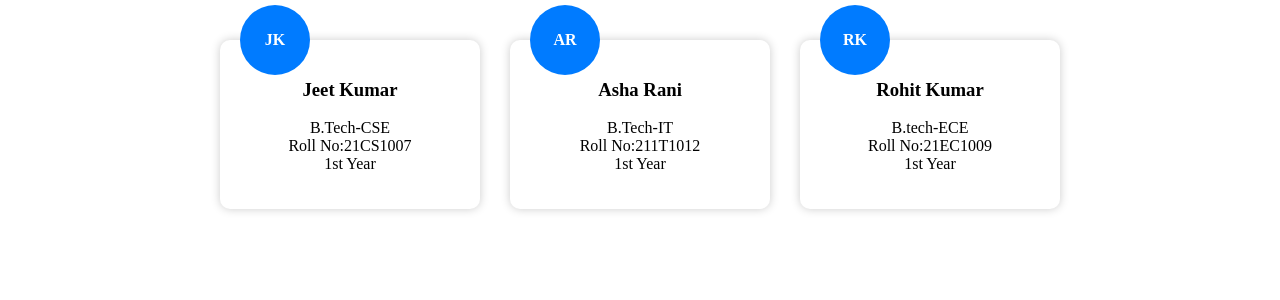
Repository: Glory998/ELCE1-32
Page: experiment8.html
The author's editor kept a copy of each file at every save. The page is drawn from the files as they stood at one save, then again after the next save.
The browser window is 1280 px wide. The pictures show the whole page.

Above is the page before, as saved 2025-12-06 11:06:26.

### experiment8.html
<!DOCTYPE html>
<html>
    <head>
        <style>
            .container{
                display:flex;
                justify-content:center;
                gap:30px;
                margin-top:40px;
            }
            .card{
                width:220px;
                padding:20px;
                text-align:center;
                background:#fff;
                border-radius:10px;
                box-shadow:0 0 10px #ccc;
                position:relative;
            }
            .circle{
                width:70px;
                height:70px;
                border-radius:50%;
                background:#007bff;
                color:white;
                display:flex;
                justify-content:center;
                align-items:center;
                font-weight:bold;
                position:absolute;
                top:-35px;
                left:50%
                transform:translateX(-50%);
            }
            </style>
            </head>
            <body>
                <div class="container">
                <div class="card">
                    <div class="circle">JK</div>
                    <h3>Jeet Kumar</h3>
                    <p>B.Tech-CSE<br>Roll No:21CS1007<br>1st Year</p>
                </div>
                <div class="card">
                    <div class="circle">AR</div>
                    <h3>Asha Rani</h3>
                    <p>B.Tech-IT<br>Roll No:211T1012<br>1st Year</p>
                </div>
                <div class="card">
                    <div class="circle">RK</div>
                    <h3>Rohit Kumar</h3>
                    <p>B.tech-ECE<br>Roll No:21EC1009<br>1st Year</p>


                 </div>
                 </div>
                </body>
                </html>

After the next save:
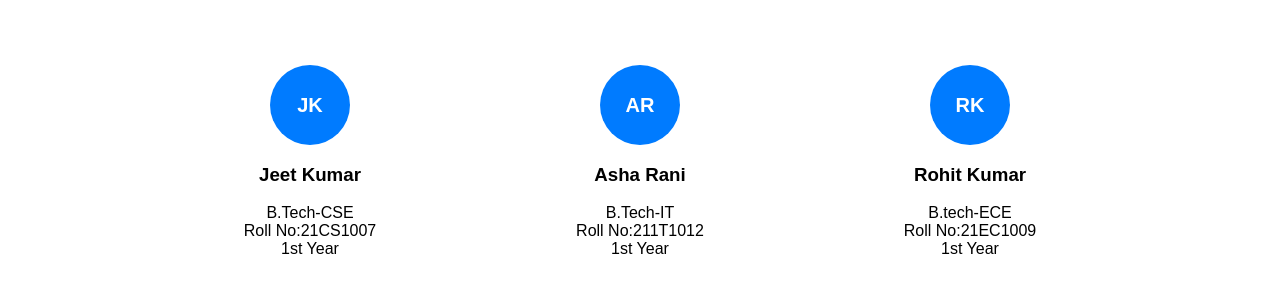
Saved 6 min 10 s later.
--- a/experiment8.html
+++ b/experiment8.html
@@ -2,24 +2,28 @@
 <html>
     <head>
         <style>
+            body{
+                font-family:Arial,sans-serif;
+                display:flex;
+                justify-content:center;
+                margin-top:40px;
+            }
             .container{
                 display:flex;
                 justify-content:center;
                 gap:30px;
-                margin-top:40px;
-            }
+                }
             .card{
-                width:220px;
-                padding:20px;
+                width:250px;
+                padding:25px;
                 text-align:center;
                 background:#fff;
-                border-radius:10px;
-                box-shadow:0 0 10px #ccc;
-                position:relative;
-            }
+                border-radius:12px;
+                box-shadow:0 4 10px #ccc;
+                }
             .circle{
-                width:70px;
-                height:70px;
+                width:80px;
+                height:80px;
                 border-radius:50%;
                 background:#007bff;
                 color:white;
@@ -27,10 +31,14 @@
                 justify-content:center;
                 align-items:center;
                 font-weight:bold;
-                position:absolute;
-                top:-35px;
-                left:50%
-                transform:translateX(-50%);
+                margin:auto;
+                font-size:20px;
+
+            }
+            .name{
+                margin-top:12px;
+                font-size: 18px;
+                font-weight: bold;
             }
             </style>
             </head>
